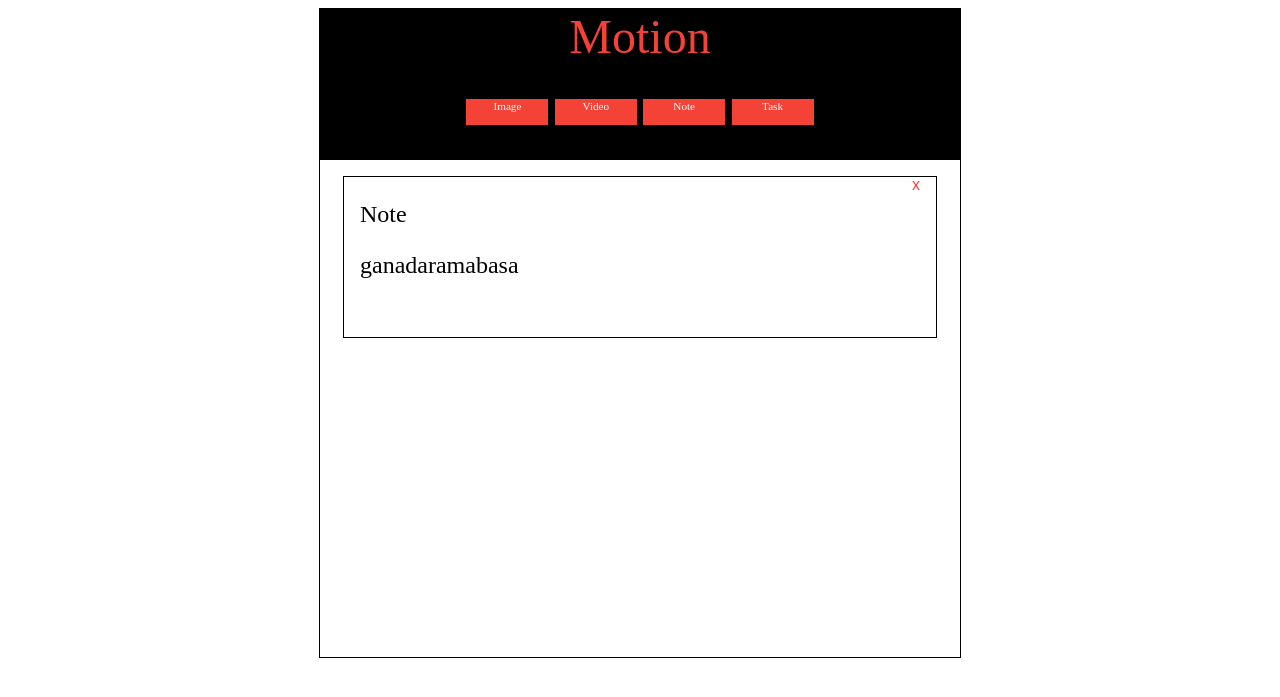
Repository: DevMinwoo-Jung/typescript
Page: motion/index.html
These files come from the project's save history. The page is drawn as it stood at one moment and after the next save; the edit follows.
The browser window is 1280 px wide. The pictures show the whole page.

Above is the page before, as saved 2021-10-12 14:57:49.

### motion/index.html
<!DOCTYPE html>
<html lang="en">
<head>
  <meta charset="UTF-8">
  <meta http-equiv="X-UA-Compatible" content="IE=edge">
  <meta name="viewport" content="width=device-width, initial-scale=1.0">
  <title>Document</title>
  <script src="build/main.js"></script>
  <link rel="stylesheet" href="index.module.css">
</head>
<body>
  <section class="main__section">
    <div class="header__contents">
      <header class="haeder">Motion</header>
        <div class="item__category">
          <div class="category">Image</div>
          <div class="category">Video</div>
          <div class="category">Note</div>
          <div class="category">Task</div>
        </div>
    </div>
    <!-- <div class="img__div">
      <img class="img" src="img/money.png" alt="">
      <div class="text__div">
        <p class="text">Img</p>
        <button class="closeBtn__box">x</button>
      </div>
    </div> -->
    <!-- <div class="video__box">
      <iframe class="vidoe" src="https://www.youtube.com/embed/fGcmOlOI3uo" title="YouTube video player" frameborder="0" allow="accelerometer; autoplay; clipboard-write; encrypted-media; gyroscope; picture-in-picture" allowfullscreen></iframe>
      <div class="text__div">
        <p class="text">Video</p>
        <button class="closeBtn__box">x</button>
      </div>
    </div> -->
    <!-- <div class="task__box">
      <div class="text__box">
        <p>Note</p>
        <ul>ganadaramabasa</ul>
        <button class="closeBtn__box">x</button>
      </div>
    </div> -->
    <div class="note__box">
      <div class="text__box">
        <p>Note</p>
        <p>ganadaramabasa</p>
        <button class="closeBtn__box">x</button>
      </div>
    </div>
  </section>
  <!-- <section class="image__section">
    <div class="input__div">
      <div class="title">
        <button class="closeBtn">x</button>
        <span>Title</span><br/>
        <input class="input" type="text"><br/>
        <span>URL</span><br/>
        <input type="text">
        <button class="addBtn">Add</button>
      </div>
    </div>
  </section> -->
  <!-- <section class="video__section">
    <div class="input__div">
      <div class="title">
        <button class="closeBtn">x</button>
        <span>Title</span><br/>
        <input class="input" type="text"><br/>
        <span>URL</span><br/>
        <input type="text">
        <button class="addBtn">Add</button>
      </div>
    </div>
  </section> -->
  <!-- <section class="Note__section">
    <div class="note__div">
      <div class="title">
        <button class="closeBtn">x</button>
        <span>Title</span><br/>
        <input  type="text"><br/>
        <span>Body</span><br/>
        <input class="Note__input" type="text">
        <button class="addBtn">Add</button>
      </div>
    </div>
  </section> -->
  <!-- <section class="Task__section">
    <div class="input__div">
      <div class="title">
        <button class="closeBtn">x</button>
        <span>Title</span><br/>
        <input class="input" type="text"><br/>
        <span>URL</span><br/>
        <input type="text">
        <button class="addBtn">Add</button>
      </div>
    </div>
  </section> -->
</body>
</html>

### motion/index.module.css
:root {
  --color-red: #f44336;
  --color-white: white;
  --color-black: black;
  --color-yellow: rgb(253, 253, 171);
}

.main__section {
  margin: auto;
  width: 40rem;
  border: 1px solid black;
  height: 90vh;
}

.header__contents {
  background-color: var(--color-black);
}

.haeder {
  font-size: 3rem;
  text-align: center;
  color: var(--color-red);
}

.item__category {
  text-align: center;
  font-size: 1rem;
  padding-top: 2rem;
  padding-bottom: 2rem;
  display: flex;
  justify-content: center;
}

.category {
  margin: 0.2rem;
  border: 1px solid var(--color-red);
  background-color: var(--color-red);
  width: 5rem;
  height: 1.5rem;
  color: var(--color-white);
  cursor: pointer;
  font-size: 0.7rem;
}

/* show section */
.img__div {
  width: 90%;
  height: 15rem;
  border: 1px solid;
  margin: 1rem auto;
  display: flex;
}

.img {
  width: 60%;
  height: 100%;
}

.text__div {
  position: relative;
  width: 40%;
  height: 100%;
  text-align: center;
  display: flex;
  justify-content: center;
  align-items: center;
  font-size: 4rem;
  font-weight: bold;
}

.video__box {
  width: 90%;
  height: 15rem;
  border: 1px solid;
  margin: 1rem auto;
  display: flex;
}

.video {
  width: 60%;
  height: 100%;
}

.note__box {
  width: 90%;
  height: 10rem;
  border: 1px solid;
  margin: 1rem auto;
  padding-left: 1rem;
  position: relative;
}

.task__box {
  width: 90%;
  height: 10rem;
  border: 1px solid;
  margin: 1rem auto;
  padding-left: 1rem;
  position: relative;
}

.text__box {
  display: block;
  width: 40%;
  height: 100%;
  text-align: left;
  font-size: 1.5rem;
}

/* add section */
.input__div {
  position: absolute;
  width: 30rem;
  height: 10rem;
  z-index: 1;
  border: 1px solid black;
  margin: auto;
  left: 0;
  right: 0;
  margin-left: auto;
  margin-right: auto;
  top: 35%;
  background-color: grey;
}

.note__div {
  position: absolute;
  width: 30rem;
  height: 12rem;
  z-index: 1;
  border: 1px solid black;
  margin: auto;
  left: 0;
  right: 0;
  margin-left: auto;
  margin-right: auto;
  top: 35%;
  background-color: grey;
}

.title {
  color: var(--color-yellow);
  font-size: 0.8rem;
  margin-left: 2rem;
  margin-top: 2rem;
  position: relative;
}

input {
  font-size: 1rem;
  width: 90%;
}

.Note__input {
  font-size: 1rem;
  width: 90%;
  height: 3rem;
}

.addBtn {
  position: relative;
  margin-top: 1%;
  margin: 3% 0 0 85%;
  width: 2.5rem;
  height: 1.5rem;
  background-color: var(--color-red);
  color: var(--color-white);
  border: none;
  cursor: pointer;
}

.closeBtn {
  position: absolute;
  font-size: 1rem;
  margin-top: -1rem;
  right: 1.5rem;
  width: 2.5rem;
  height: 1.5rem;
  color: var(--color-red);
  background: none;
  border: none;
  cursor: pointer;
}

.closeBtn__box {
  position: absolute;
  font-size: 1rem;
  margin-top: -22%;
  right: 0;
  width: 2.5rem;
  height: 1.5rem;
  color: var(--color-red);
  background: none;
  border: none;
  cursor: pointer;
}

Loaded but not shown: motion/build/main.js (no copy from this time; the picture is the same without it)

After the next save:
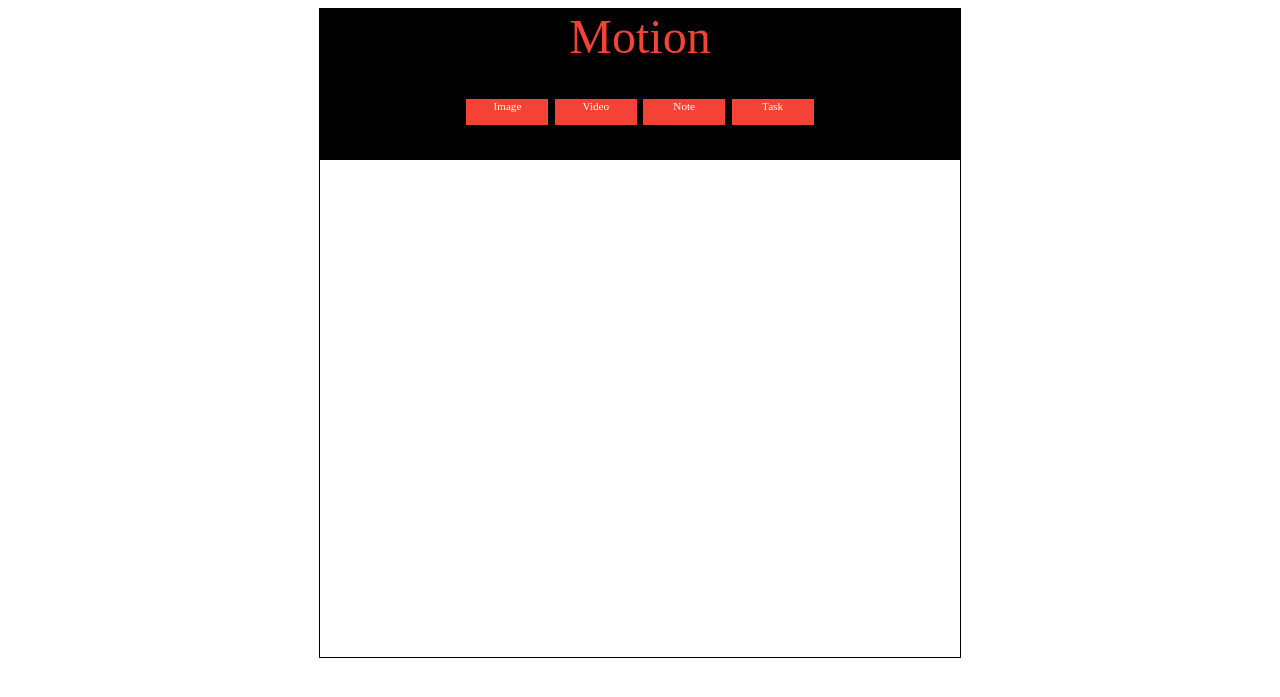
Saved 9 min 25 s later.
--- a/motion/index.html
+++ b/motion/index.html
@@ -40,13 +40,13 @@
         <button class="closeBtn__box">x</button>
       </div>
     </div> -->
-    <div class="note__box">
+    <!-- <div class="note__box">
       <div class="text__box">
         <p>Note</p>
         <p>ganadaramabasa</p>
         <button class="closeBtn__box">x</button>
       </div>
-    </div>
+    </div> -->
   </section>
   <!-- <section class="image__section">
     <div class="input__div">
